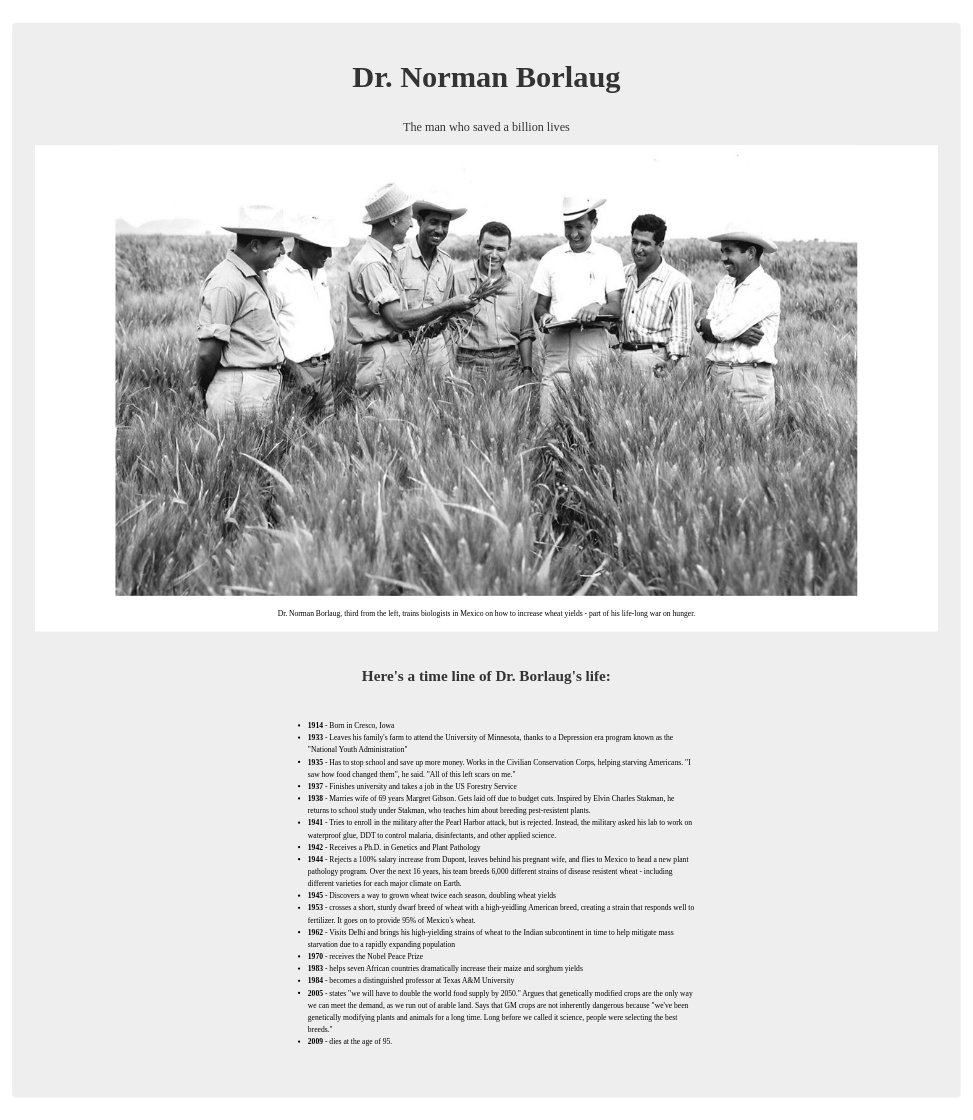
Repository: HTDuy01/github-demo
Page: freecodecamp/index.html
These files come from the project's save history. The page is drawn as it stood at one moment and after the next save; the edit follows.
The browser window is 1280 px wide. The pictures show the whole page, at 76% of full size.

Above is the page before, as saved 2021-11-18 20:55:32.

After the next save:
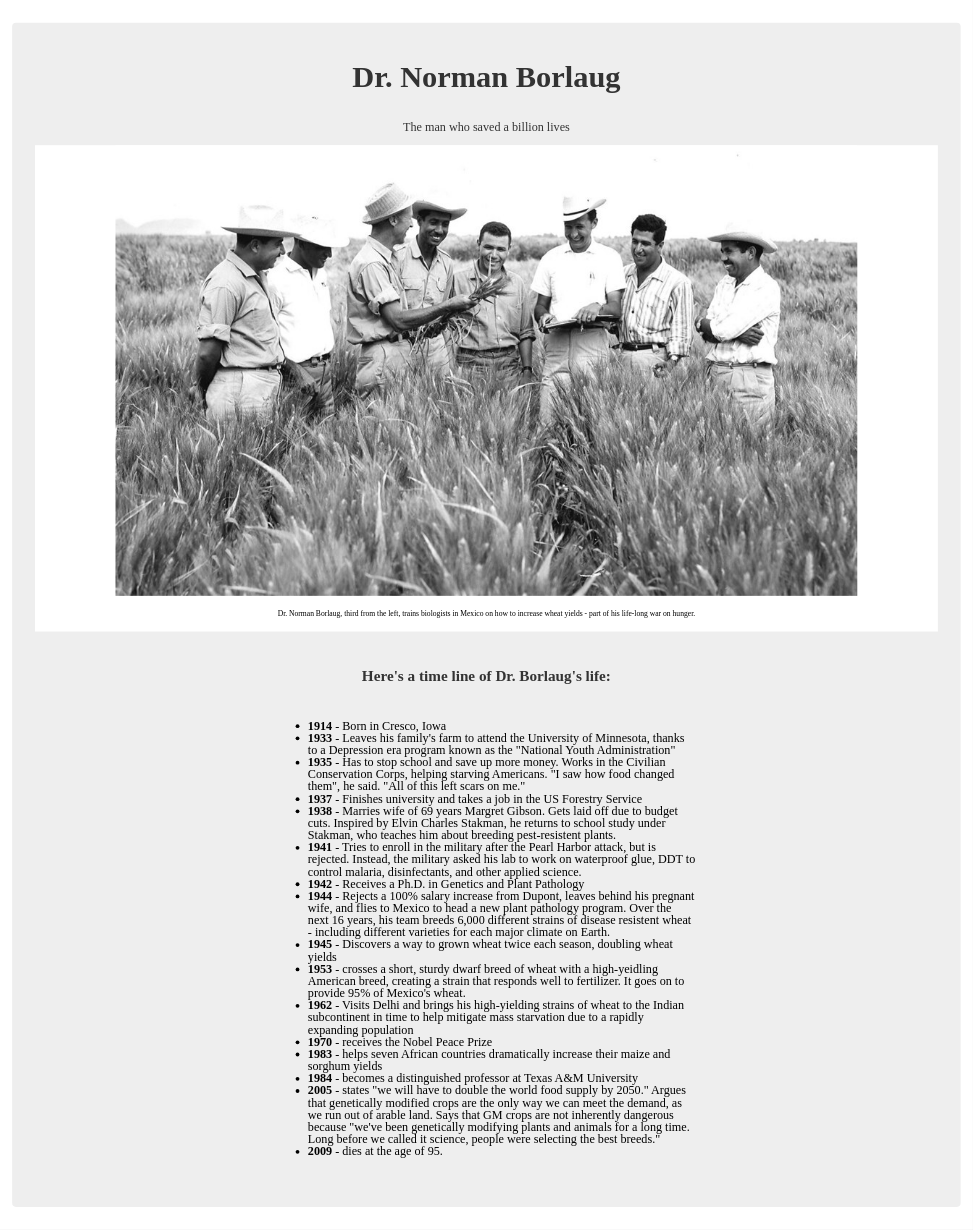
Saved 21 s later.
--- a/freecodecamp/assets/css/style.css
+++ b/freecodecamp/assets/css/style.css
@@ -57,3 +57,7 @@
     margin: 0 auto 50px auto;
     line-height: 1.6rem;
 }
+
+.content-item {
+    font-size: 1.6rem;
+}
